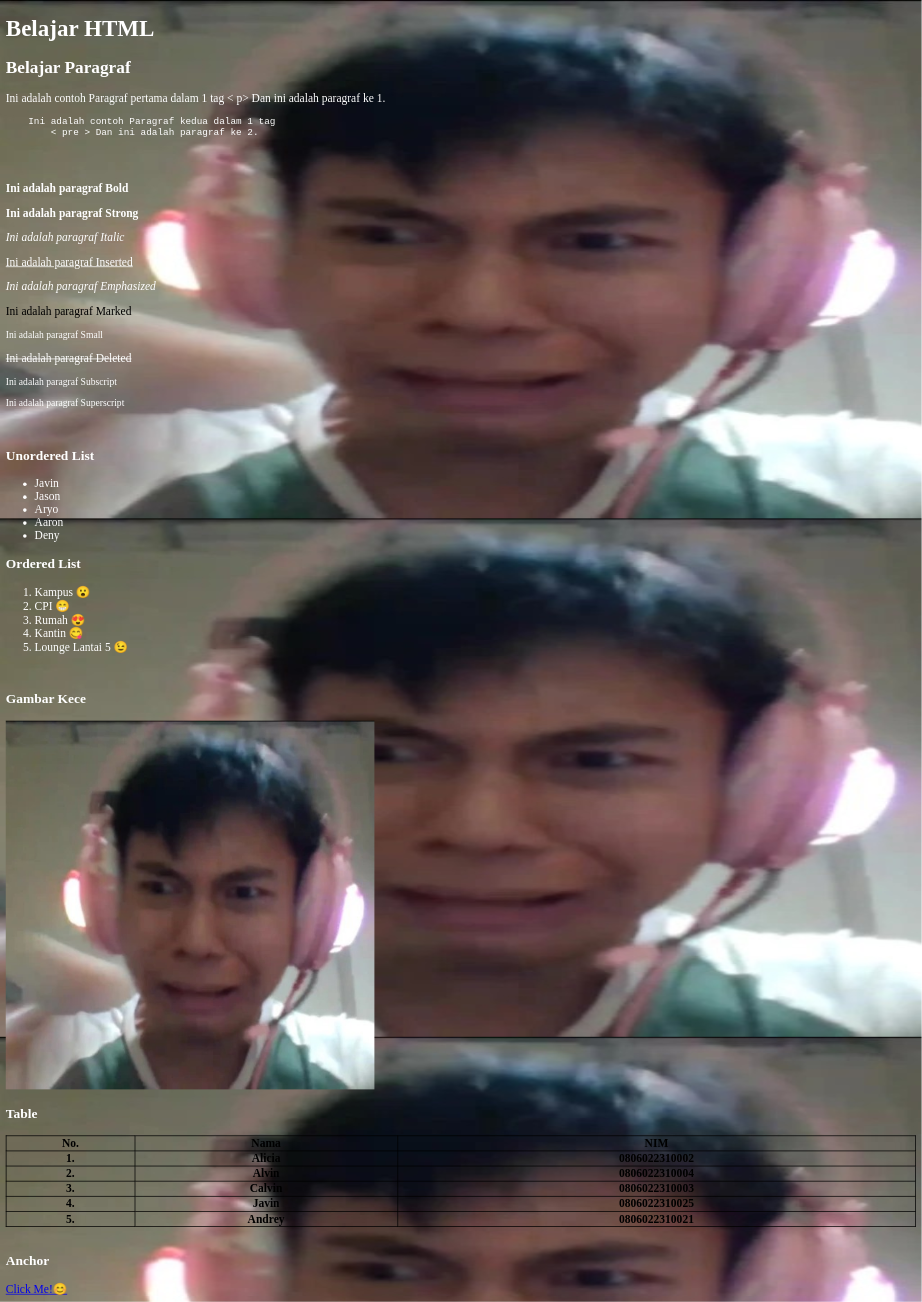
Repository: Gibekkk/WebPro
Page: Tugas HTML 1/index.html
The author's editor kept a copy of each file at every save. The page is drawn from the files as they stood at one save, then again after the next save.
The browser window is 1280 px wide. The pictures show the whole page, at 72% of full size.
Backgrounds fixed to the window are drawn as part of the page.

Above is the page before, as saved 2024-03-25 10:42:04.

### Tugas HTML 1/index.html
<!DOCTYPE html>
<html lang="en">

<head>
    <meta charset="UTF-8">
    <meta name="viewport" content="width=device-width, initial-scale=1.0">
    <title>Document</title>
    <style>
        table,
        td,
        tr,
        th {
            border: 1px solid black;
            color: black;
            font-weight: 600;
            border-collapse: collapse;
        }

        table {
            width: 100%;
            text-align: center;
        }
    </style>
</head>

<body style="background-image: url(javin.jpg); background-repeat: no-repeat; background-size: 100%; background-attachment: fixed; color: white">
    <h1>Belajar HTML</h1>
    <h2>Belajar Paragraf</h2>
    <p>Ini adalah contoh Paragraf pertama dalam 1 tag
        < p> Dan ini adalah paragraf ke 1.</p>
    <pre>
    Ini adalah contoh Paragraf kedua dalam 1 tag
        < pre > Dan ini adalah paragraf ke 2.
    </pre>
    <br>

    <b>
        <p>Ini adalah paragraf Bold</p>
    </b>
    <strong>
    <p>Ini adalah paragraf Strong</p>
    </strong>
    <i>
    <p>Ini adalah paragraf Italic</p>
    </i>
    <ins>
    <p>Ini adalah paragraf Inserted</p>
    </ins>
    <em>
    <p>Ini adalah paragraf Emphasized</p>
    </em>
    <mark>
        <p>Ini adalah paragraf Marked</p>
    </mark>
    <small>
        <p>Ini adalah paragraf Small</p>
    </small>
    <del>
        <p>Ini adalah paragraf Deleted</p>
    </del>
    <sub>
        <p>Ini adalah paragraf Subscript</p>
    </sub>
    <sup>
        <p>Ini adalah paragraf Superscript</p>
    </sup>
    <br>

    <h3>Unordered List</h3>
    <ul>
        <li>Javin</li>
        <li>Jason</li>
        <li>Aryo</li>
        <li>Aaron</li>
        <li>Deny</li>
    </ul>
    <h3>Ordered List</h3>
    <ol>
        <li>Kampus 😮</li>
        <li>CPI 😁</li>
        <li>Rumah 😍</li>
        <li>Kantin 😋</li>
        <li>Lounge Lantai 5 😉</li>
    </ol>
    <br>

    <h3>Gambar Kece</h3>
    <img src="javin.jpg" alt="Javin" title="Javin">
    <br>

    <h3>Table</h3>
    <table>
        <tr>
            <th>No.</th>
            <th>Nama</th>
            <th>NIM</th>
        </tr>
        <tr>
            <td>1.</td>
            <td>Alicia</td>
            <td>0806022310002</td>
        </tr>
        <tr>
            <td>2.</td>
            <td>Alvin</td>
            <td>0806022310004</td>
        </tr>
        <tr>
            <td>3.</td>
            <td>Calvin</td>
            <td>0806022310003</td>
        </tr>
        <tr>
            <td>4.</td>
            <td>Javin</td>
            <td>0806022310025</td>
        </tr>
        <tr>
            <td>5.</td>
            <td>Andrey</td>
            <td>0806022310021</td>
        </tr>
    </table>
    <br>

    <h3>Anchor</h3>
    <a href="https://tv.lk21official.mom/">Click Me!😊</a>
</body>

</html>

After the next save:
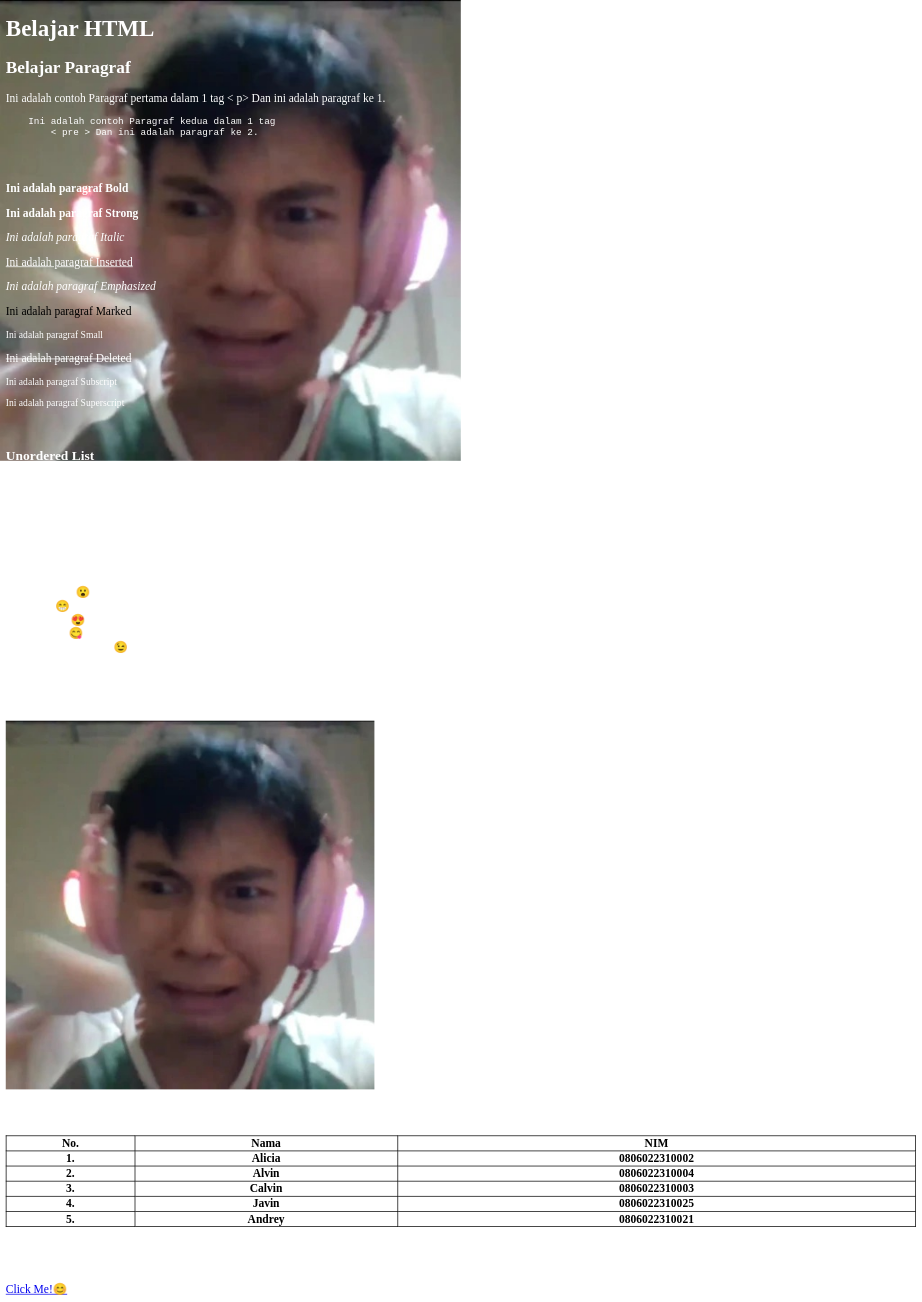
Saved 4 s later.
--- a/Tugas HTML 1/index.html
+++ b/Tugas HTML 1/index.html
@@ -23,7 +23,7 @@
     </style>
 </head>
 
-<body style="background-image: url(javin.jpg); background-repeat: no-repeat; background-size: 100%; background-attachment: fixed; color: white">
+<body style="background-image: url(javin.jpg); background-repeat: no-repeat; background-size: 50%; background-attachment: fixed; color: white">
     <h1>Belajar HTML</h1>
     <h2>Belajar Paragraf</h2>
     <p>Ini adalah contoh Paragraf pertama dalam 1 tag

After the save that followed:
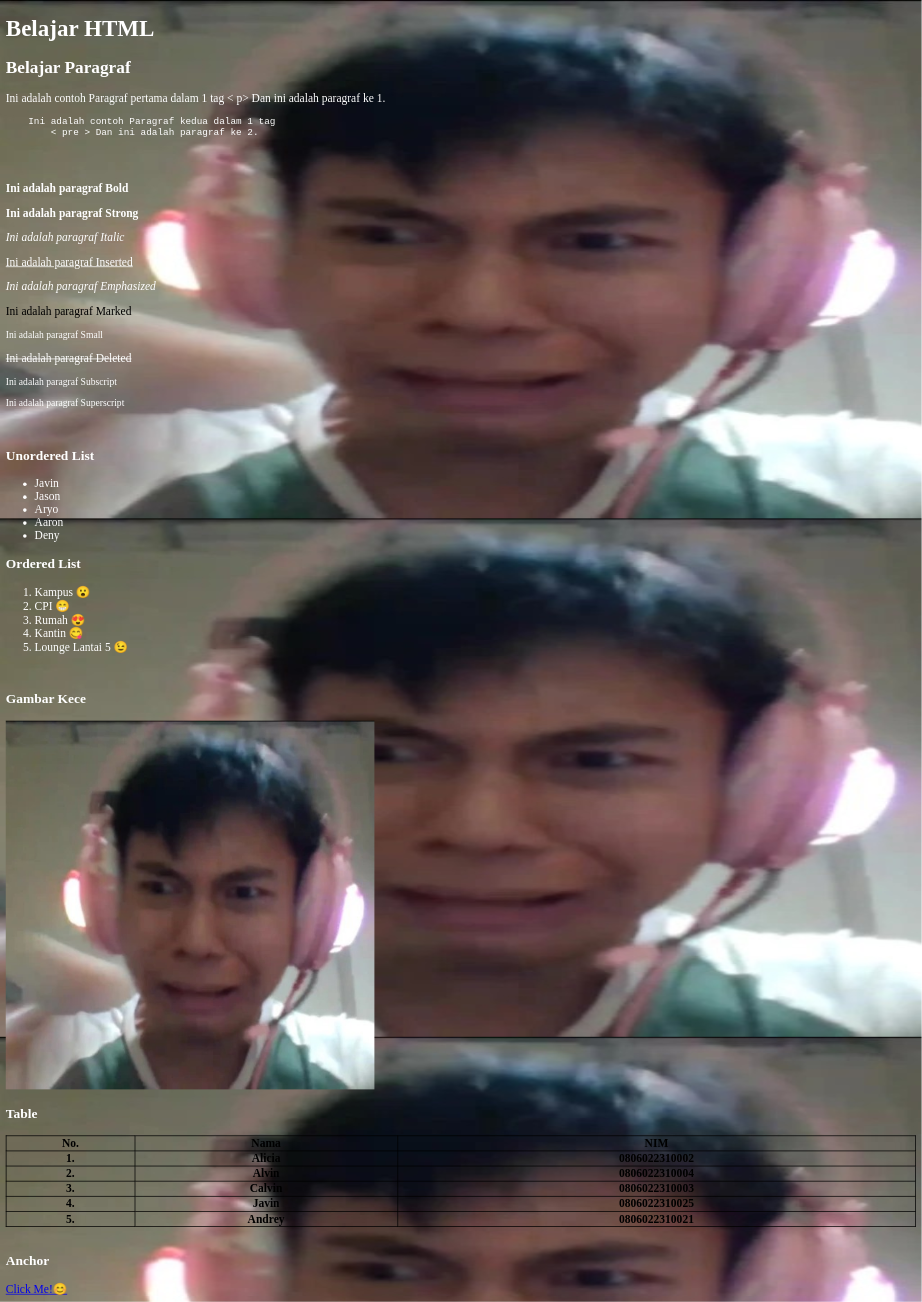
Saved 5 s later.
--- a/Tugas HTML 1/index.html
+++ b/Tugas HTML 1/index.html
@@ -23,7 +23,7 @@
     </style>
 </head>
 
-<body style="background-image: url(javin.jpg); background-repeat: no-repeat; background-size: 50%; background-attachment: fixed; color: white">
+<body style="background-image: url(javin.jpg); background-repeat: no-repeat; background-size: 100%; background-attachment: fixed; color: white">
     <h1>Belajar HTML</h1>
     <h2>Belajar Paragraf</h2>
     <p>Ini adalah contoh Paragraf pertama dalam 1 tag
